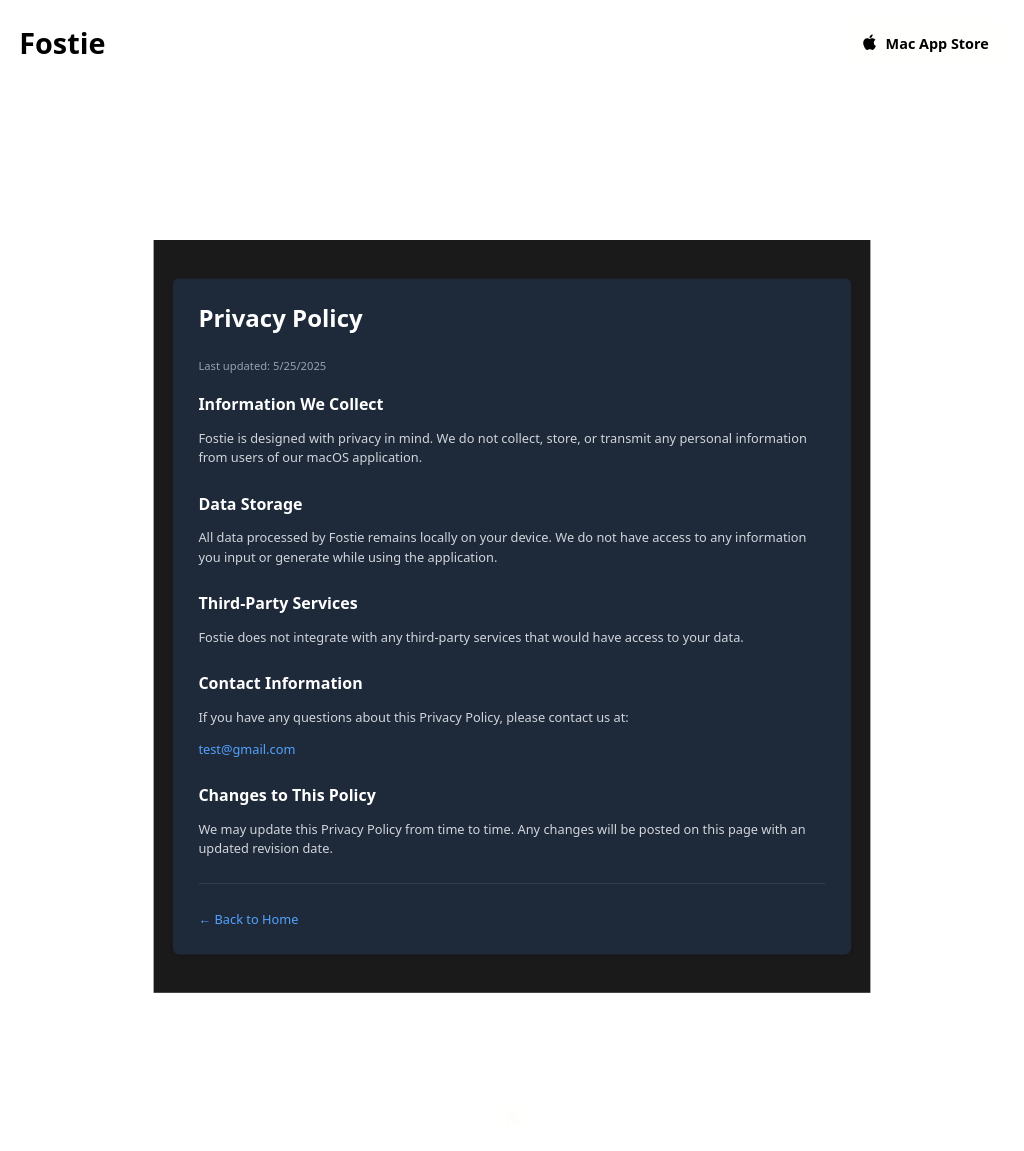
Repository: atimael/fostie-web
Page: /privacy
The author's editor kept a copy of each file at every save. The page is drawn from the files as they stood at one save, then again after the next save.
The browser window is 1280 px wide. The pictures show the whole page, at 80% of full size.
The project was rebuilt for these pictures with package versions that can differ from the ones it lists, and the page was loaded fresh each time. The framework's server and built-in components were replaced by stand-ins that run in the browser. Also part of the build but not shown: next.config.js.

Above is the page before, as saved 2025-05-27 21:02:16.

### app/layout.tsx
import type { Metadata } from "next";
import type { ReactNode } from "react";
import "./globals.css";

export const metadata: Metadata = {
  title: "Fostie - macOS App",
  description: "Official website for Fostie macOS application",
  keywords: "Fostie, macOS, app, application",
  authors: [{ name: "Fostie Team" }],
};

export const viewport = {
  width: "device-width",
  initialScale: 1,
};

export default function RootLayout({ children }: { children: ReactNode }) {
  return (
    <html lang="en" className="dark">
      <body className="antialiased">{children}</body>
    </html>
  );
}

### app/privacy/layout.tsx
import Footer from "@/components/footer";
import Header from "@/components/header";

export default function PrivacyLayout({
  children,
}: {
  children: React.ReactNode;
}) {
  return (
    <>
      <Header />
      <main className="flex w-full flex-1 justify-center px-12 pb-16 pt-32 sm:pb-28 sm:pt-48 xl:px-40">
        {children}
      </main>
      <Footer className="support-page" />
    </>
  );
}

### app/privacy/page.tsx
export default function Privacy() {
  const currentYear = new Date().getFullYear();

  return (
    <main className="min-h-screen bg-gray-50 dark:bg-custom-dark">
      <div className="max-w-4xl mx-auto px-6 py-12">
        <div className="bg-white dark:bg-gray-800 rounded-lg shadow-md p-8">
          <h1 className="text-3xl font-bold text-gray-900 dark:text-white mb-8">
            Privacy Policy
          </h1>

          <div className="prose prose-gray dark:prose-invert max-w-none">
            <p className="text-sm text-gray-600 dark:text-gray-400 mb-6">
              Last updated: {new Date().toLocaleDateString()}
            </p>

            <section className="mb-8">
              <h2 className="text-xl font-semibold text-gray-900 dark:text-white mb-4">
                Information We Collect
              </h2>
              <p className="text-gray-700 dark:text-gray-300 mb-4">
                Fostie is designed with privacy in mind. We do not collect,
                store, or transmit any personal information from users of our
                macOS application.
              </p>
            </section>

            <section className="mb-8">
              <h2 className="text-xl font-semibold text-gray-900 dark:text-white mb-4">
                Data Storage
              </h2>
              <p className="text-gray-700 dark:text-gray-300 mb-4">
                All data processed by Fostie remains locally on your device. We
                do not have access to any information you input or generate
                while using the application.
              </p>
            </section>

            <section className="mb-8">
              <h2 className="text-xl font-semibold text-gray-900 dark:text-white mb-4">
                Third-Party Services
              </h2>
              <p className="text-gray-700 dark:text-gray-300 mb-4">
                Fostie does not integrate with any third-party services that
                would have access to your data.
              </p>
            </section>

            <section className="mb-8">
              <h2 className="text-xl font-semibold text-gray-900 dark:text-white mb-4">
                Contact Information
              </h2>
              <p className="text-gray-700 dark:text-gray-300 mb-4">
                If you have any questions about this Privacy Policy, please
                contact us at:
              </p>
              <p className="text-gray-700 dark:text-gray-300">
                <a
                  href="mailto:test@gmail.com"
                  className="text-blue-600 dark:text-blue-400 hover:text-blue-800 dark:hover:text-blue-300"
                >
                  test@gmail.com
                </a>
              </p>
            </section>

            <section className="mb-8">
              <h2 className="text-xl font-semibold text-gray-900 dark:text-white mb-4">
                Changes to This Policy
              </h2>
              <p className="text-gray-700 dark:text-gray-300 mb-4">
                We may update this Privacy Policy from time to time. Any changes
                will be posted on this page with an updated revision date.
              </p>
            </section>
          </div>

          <div className="mt-8 pt-8 border-t border-gray-200 dark:border-gray-700">
            <a
              href="/"
              className="text-blue-600 dark:text-blue-400 hover:text-blue-800 dark:hover:text-blue-300 font-medium"
            >
              ← Back to Home
            </a>
          </div>
        </div>
      </div>
    </main>
  );
}

### app/globals.css
@import "tailwindcss";

@custom-variant dark (&:where(.dark, .dark *));

@theme {
  /* Enable dark mode based on system preference */
  --default-color-scheme: light dark;

  /* Custom dark background color */
  --color-custom-dark: #1a1a1a;

  /* Custom font family */
  --font-family-sans: ui-sans-serif, system-ui, sans-serif, "Apple Color Emoji",
    "Segoe UI Emoji", "Segoe UI Symbol", "Noto Color Emoji";
}

### components/footer.tsx
export default function Footer() {
  const currentYear = new Date().getFullYear();

  return (
    <footer className="py-6 px-6 flex items-center justify-center">
      <div className="flex items-center justify-between">
        <a
          className="group inline-flex items-center outline-none transition duration-300 focus:ring-2 focus:ring-pink-300 bg-orange-50/5 hover:bg-orange-50/5 rounded-xl p-2 text-orange-50 hover:text-orange-50"
          href="https://x.com/atimaeldev"
          rel="noopener noreferrer"
          target="_blank"
          aria-label="X (Twitter)"
        >
          <svg
            className="size-[22px] origin-center fill-current transition duration-300 ease-out group-hover:scale-105 opacity-50 group-hover:opacity-100"
            xmlns="http://www.w3.org/2000/svg"
            viewBox="0 0 24 24"
            aria-hidden="true"
          >
            <path d="M21.2391 3H18.6854L12.9921 9.61784L14.1261 11.2682L21.2391 3Z"></path>
            <path d="M11.2104 14.6575L10.0764 13.0071L3.2002 21H5.75403L11.2104 14.6575Z"></path>
            <path d="M8.44486 3H3.2002L15.5685 21H20.8131L8.44486 3ZM5.31391 4.16971H7.70053L18.6861 19.8835H16.2995L5.31391 4.16971Z"></path>
          </svg>
        </a>
      </div>
    </footer>
  );
}

### components/header.tsx
export default function Header() {
  return (
    <header className="justify-between flex items-center  py-6 px-6">
      <div>
        <h1 className="text-4xl font-bold text-center cursor-default">
          Fostie
        </h1>
      </div>

      <div className="flex items-center gap-4">
        <div className="flex items-center gap-2 hover:cursor-pointer bg-orange-50/5 px-5 py-4 rounded-2xl group">
          <div>
            <svg
              className="h-6 w-6 fill-current group-hover:scale-125 transition-all"
              xmlns="http://www.w3.org/2000/svg"
              viewBox="0 0 24 24"
              aria-hidden="true"
            >
              <path d="M19.37 7.648c-.114.088-2.11 1.213-2.11 3.715 0 2.894 2.54 3.918 2.616 3.944-.011.062-.403 1.402-1.34 2.767-.834 1.201-1.706 2.4-3.032 2.4s-1.667-.77-3.198-.77c-1.492 0-2.022.796-3.235.796-1.214 0-2.06-1.112-3.033-2.477C4.911 16.42 4 13.93 4 11.566c0-3.791 2.465-5.802 4.891-5.802 1.29 0 2.364.847 3.173.847.77 0 1.972-.897 3.438-.897.556 0 2.553.05 3.867 1.934Zm-4.564-3.54c.607-.719 1.036-1.718 1.036-2.716 0-.138-.012-.279-.037-.392-.987.037-2.161.657-2.87 1.478-.555.632-1.074 1.63-1.074 2.643 0 .152.026.304.037.353.063.011.164.025.266.025.885 0 1.998-.593 2.642-1.39Z"></path>
            </svg>
          </div>
          <span className="text-lg font-bold">Mac App Store</span>
        </div>
      </div>
    </header>
  );
}

After the next save:
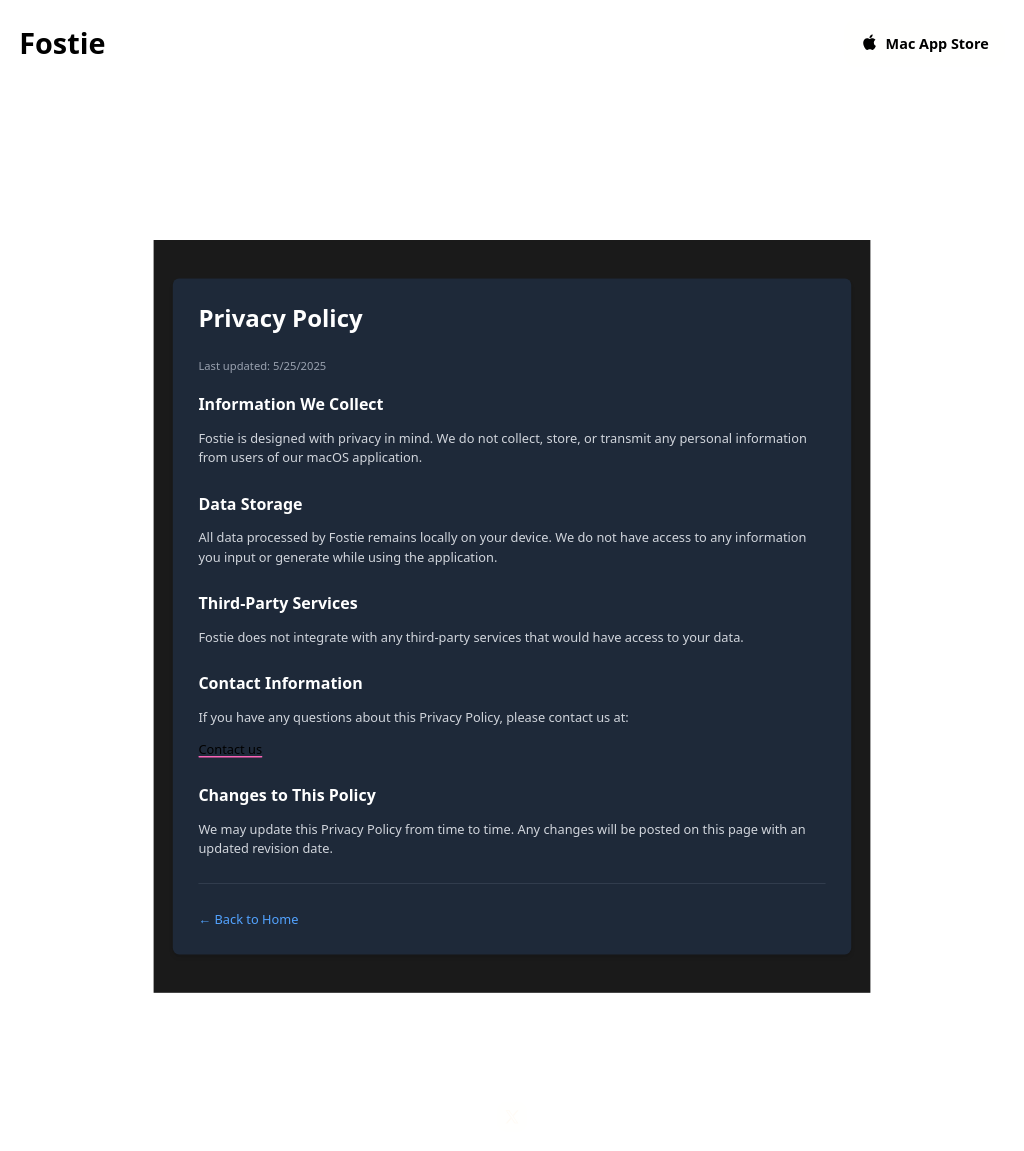
Saved 24 h 41 min later.
--- a/app/privacy/page.tsx
+++ b/app/privacy/page.tsx
@@ -54,14 +54,18 @@
                 If you have any questions about this Privacy Policy, please
                 contact us at:
               </p>
-              <p className="text-gray-700 dark:text-gray-300">
+              <div className="space-y-4">
                 <a
-                  href="mailto:test@gmail.com"
-                  className="text-blue-600 dark:text-blue-400 hover:text-blue-800 dark:hover:text-blue-300"
+                  href="mailto:hello@fostie.com"
+                  className="relative whitespace-nowrap
+                font-medium outline-none
+                transition duration-200 after:pointer-events-none
+                after:absolute after:bottom-0 after:left-0 after:right-0 after:h-0.5 after:rounded-[0.125rem]
+                 after:bg-pink-400 after:transition after:duration-200 after:content-[''] hover:text-pink-400 hover:after:translate-y-px"
                 >
-                  test@gmail.com
+                  Contact us
                 </a>
-              </p>
+              </div>
             </section>
 
             <section className="mb-8">
